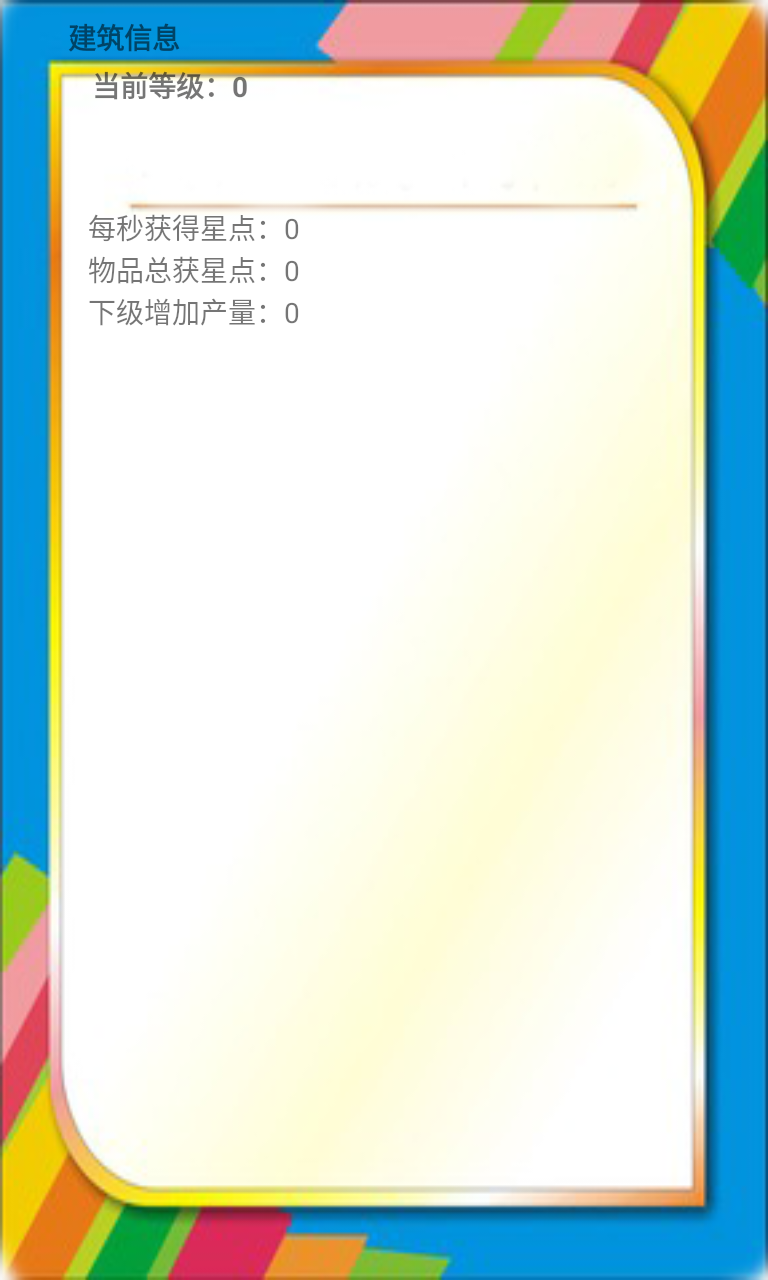
Repository: xianyun2014/StarPoint
Layout: game/res/layout/build_info_view.xml
The author's editor kept a copy of each file at every save. The layout is drawn from the files as they stood at one save, then again after the next save.
It is drawn on a 768 x 1280 px phone screen (xhdpi) without system bars, with theme AppTheme; the app's code is not run.

Above is the layout before, as saved 2014-11-17 15:22:18.

After the next save:
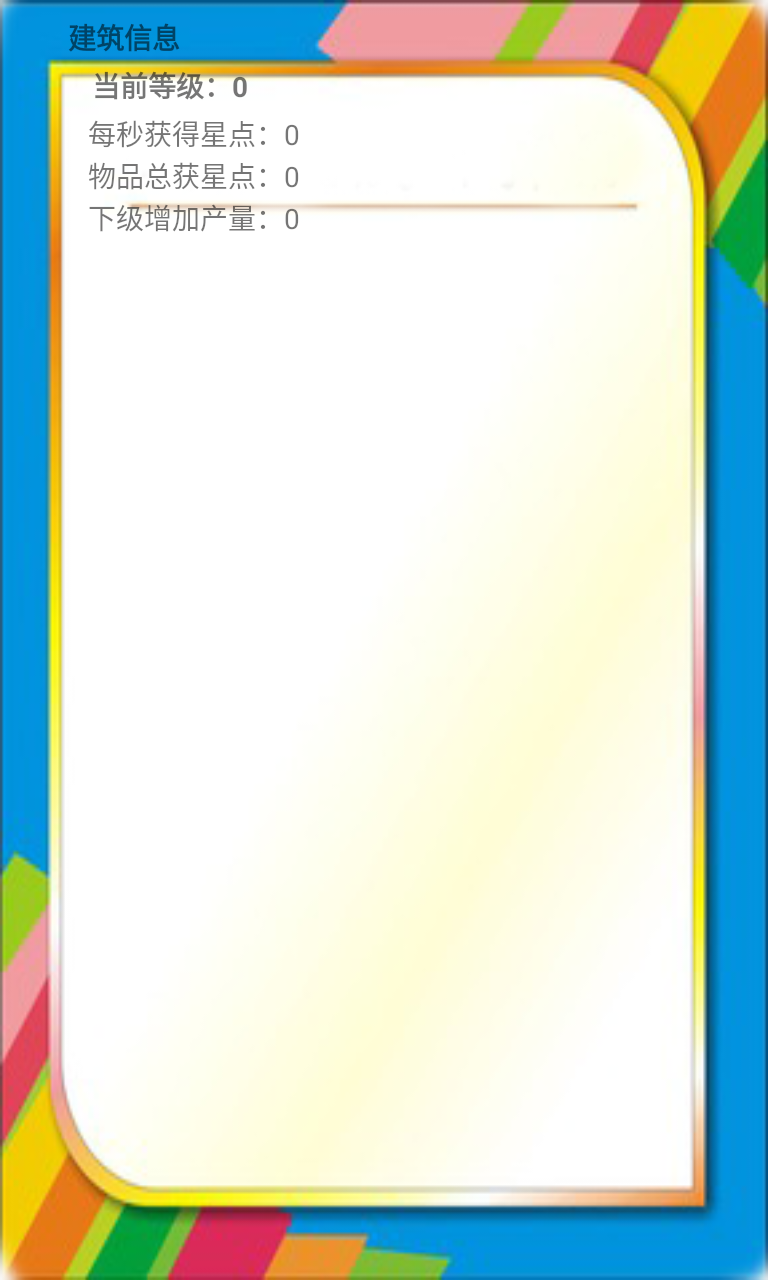
Saved 8 s later.
--- a/game/res/layout/build_info_view.xml
+++ b/game/res/layout/build_info_view.xml
@@ -41,7 +41,7 @@
         android1:layout_alignLeft="@+id/build_title"
         android1:layout_below="@+id/textcurlevel"
         android1:layout_marginLeft="10dp"
-        android1:layout_marginTop="50dp" >
+        android1:layout_marginTop="3dp" >
 
         <TableRow
             android1:id="@+id/tableRow1"
